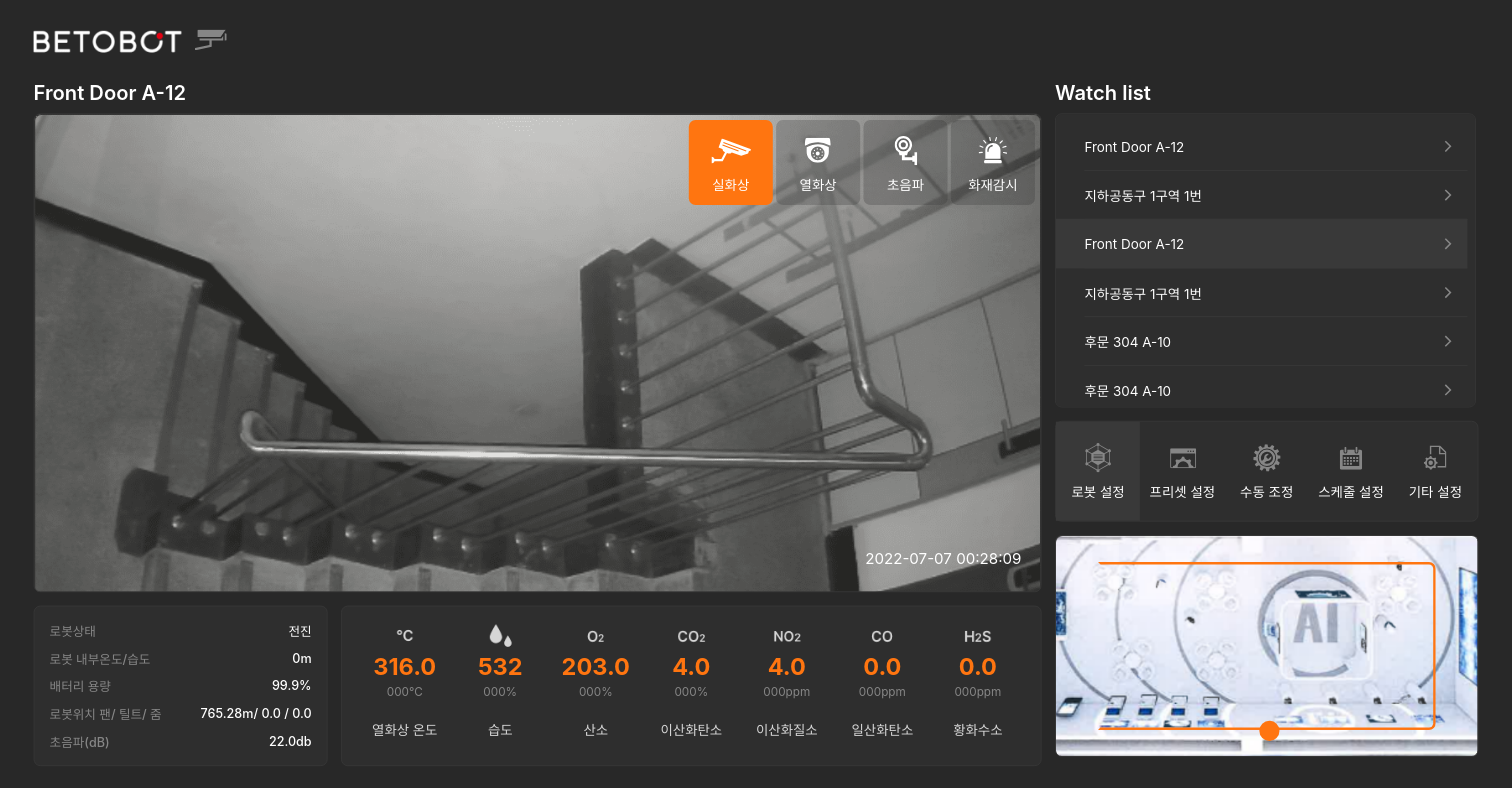
Repository: jang0ha/betobot
Page: content/main/main.html
The author's editor kept a copy of each file at every save. The page is drawn from the files as they stood at one save, then again after the next save.
The browser window is 1280 px wide. The page is 1800 px wide, so the pictures cover 1800 px, including what lies to the right of the window. The pictures show the whole page, at 84% of full size.
After loading, the first visible `a[onclick="openRobotPopup(); return false"]` was clicked once.
Some web fonts or font styles are not loaded; a fallback is used. The style sheet was rebuilt from its Sass, Less or Tailwind sources for each picture, by a compiler version that may differ from the author's.

Above is the page before, as saved 2022-07-20 16:09:05.

After the next save:
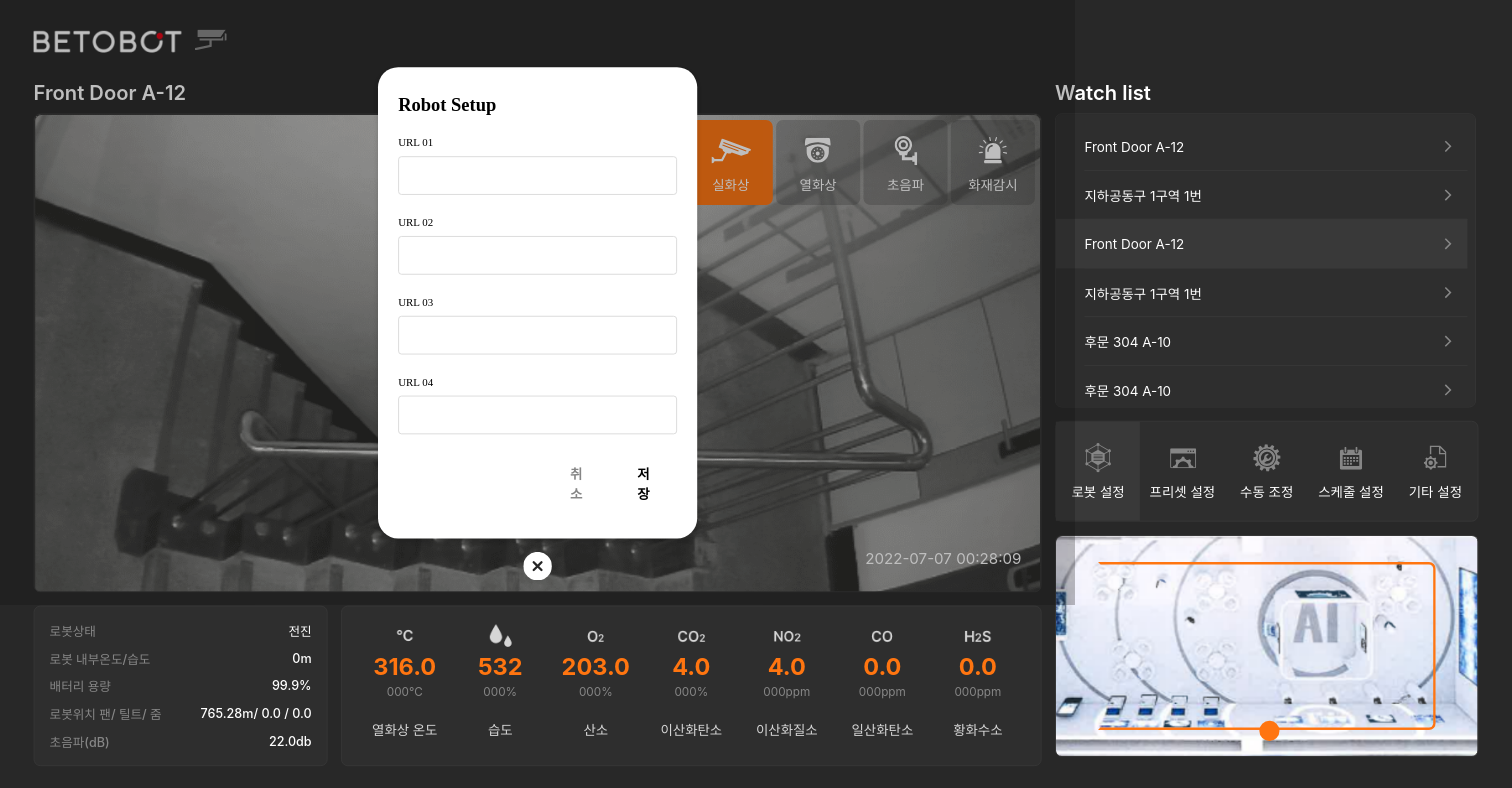
Saved 8 s later.
--- a/content/main/main.html
+++ b/content/main/main.html
@@ -417,7 +417,7 @@
 
         // 로봇 설정 팝업
         function openRobotPopup(){
-            $("#popup-setup-robotl").addClass("show");
+            $("#popup-setup-robot").addClass("show");
         }
 
         // 모달 닫기
